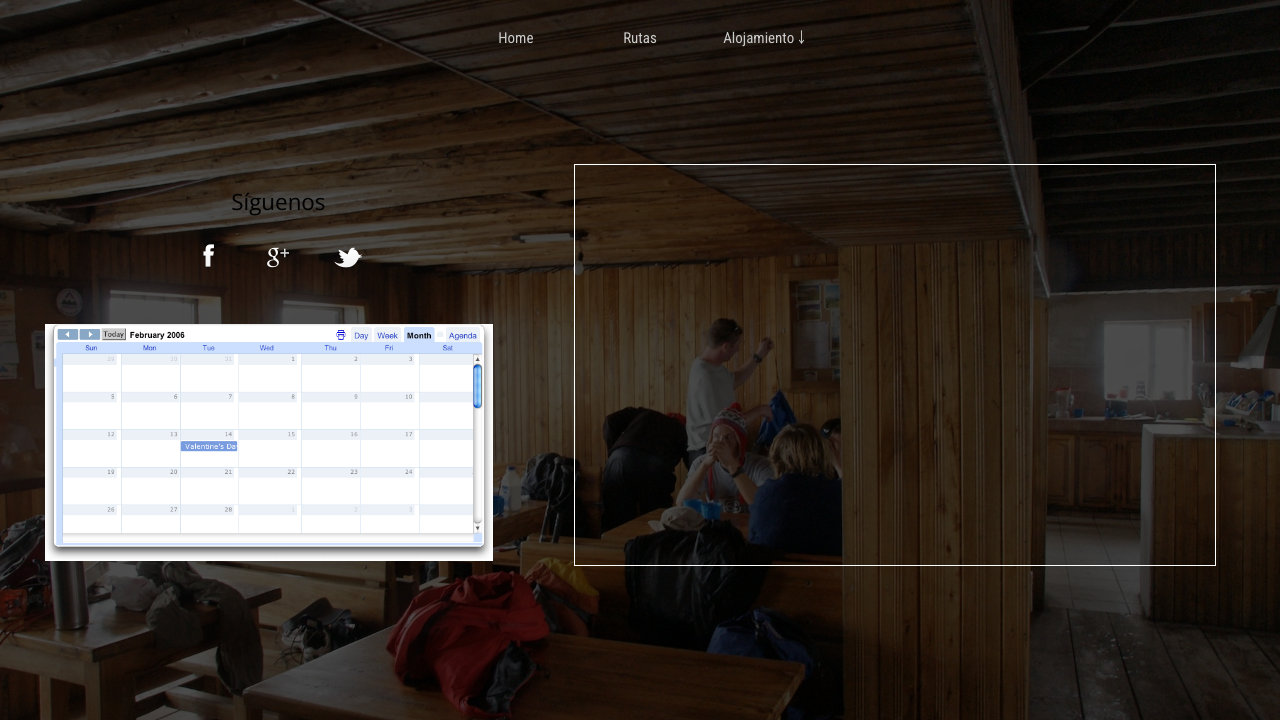
Repository: Croqueta-OPS/proyecto-pyrenees
Page: alojamiento.html
The author's editor kept a record of every edit. The page is drawn from the files as they stood at one moment, then again after the next edit.
The browser window is 1280 px wide. The pictures show the whole page.

Above is the page before.

After the next edit:
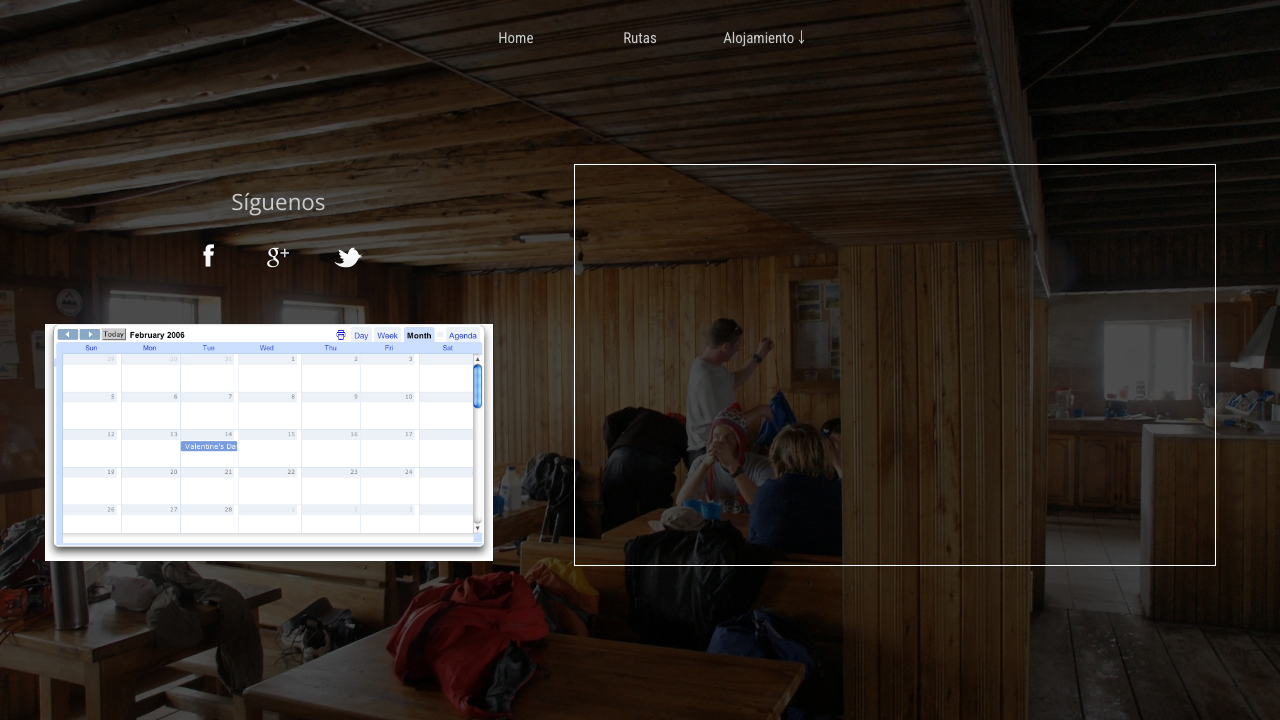
The edit:
--- a/css/camping.css
+++ b/css/camping.css
@@ -3,6 +3,7 @@
     margin: 0;
     padding: 0;
     font-family: 'Open Sans', sans-serif;
+    color: #CCCCCC;
 }
 
 body {
